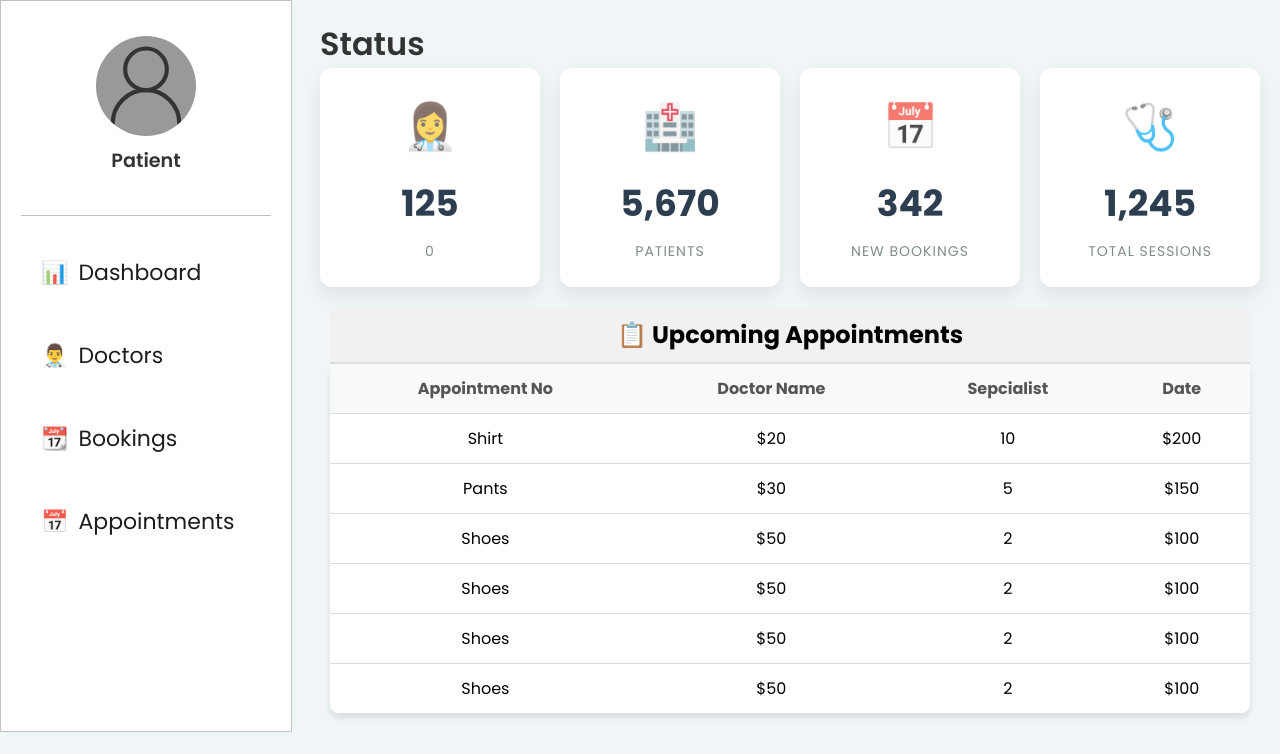
Repository: AriaFantom/Minor-Project
Page: http://localhost/Project/dashboard/patient/panel.jsp
An editor plug-in stored every save of this project. The page is shown before and after the next save, followed by the edit.
The browser window is 1280 px wide. The pictures show the whole page.
Some web fonts or font styles are not loaded; a fallback is used. The page is served by Tomcat 10. Other server files are loaded and not shown. Queries for data that is not in the repository find no rows.

Above is the page before, as saved 2024-12-12 06:53:30.

### Project/src/main/webapp/dashboard/patient/panel.jsp
<%@ page language="java" contentType="text/html; charset=UTF-8"
    pageEncoding="UTF-8"%>
    <%@page import="java.sql.*" %>
<!DOCTYPE html>
<html lang="en">
<head>
    <meta charset="UTF-8">
    <title>Title</title>
    <link rel="stylesheet" href="../../css/patient-panel.css">
</head>
<body>
<aside class="side-bar">
    <div class="user-info">
        <svg xmlns="http://www.w3.org/2000/svg" width="24" height="24" viewBox="0 0 24 24" fill="none"
             stroke="currentColor"
             stroke-width="1" stroke-linecap="round" stroke-linejoin="round" class="user-avatar">
            <circle cx="12" cy="8" r="5"/>
            <path d="M20 21a8 8 0 0 0-16 0"/>
        </svg>
        <p>Patient</p>
    </div>

    <ul class="siderbar-navlinks">
        <li>
            <a href="panel.jsp">
                <div class="icon">📊</div>
                Dashboard
            </a>
        </li>
        <li>
            <a href="doctor.jsp">
                <div class="icon">👨‍⚕️</div>
                Doctors
            </a>
        </li>
        <li>
            <a href="bookings.jsp">
                <div class="icon">📆</div>
                Bookings
            </a>
        </li>
        <li>
            <a href="appointments.jsp">
                <div class="icon">📅</div>
                Appointments
            </a>
        </li>
    </ul>

</aside>
<main>
    <h4 class="panel-heading">Status</h4>
        <%

    int Doctors = 0;
    int Patient = 0;
    int Bookings = 0;
    int Appointments = 0;

    Connection conn = null;
    PreparedStatement pstm = null;
    ResultSet rs = null;
    try {
   	 Class.forName("com.mysql.cj.jdbc.Driver");
   		String url="jdbc:mysql://localhost:3306/minorproject";
   		String uid="root";
   		String upass="1234";
   		conn=DriverManager.getConnection(url,uid,upass);

       pstm = conn.prepareStatement("select count(*) from patients");
       rs = pstm.executeQuery();
       while (rs.next()) {
    	   Patient = rs.getInt(1);
       }
       pstm = conn.prepareStatement("select count(*) from doctors");
       rs = pstm.executeQuery();
       while (rs.next()) {
    	   Doctors = rs.getInt(1);
       }
       pstm = conn.prepareStatement("select count(*) from schedule");
       rs = pstm.executeQuery();
       while (rs.next()) {
    	   Bookings = rs.getInt(1);
       }
       pstm = conn.prepareStatement("select count(*) from appointments");
       rs = pstm.executeQuery();
       while (rs.next()) {
    	   Appointments = rs.getInt(1);
       }

       System.out.println(Doctors);


    %>
    <div class="stats-container">
        <div class="stats-card doctors">
            <div class="stats-icon">👩‍⚕️</div>
            <div class="stats-number">125</div>
            <div class="stats-label"><%= Doctors %></div>
        </div>

        <div class="stats-card patients">
            <div class="stats-icon">🏥</div>
            <div class="stats-number">5,670</div>
            <div class="stats-label">Patients</div>
        </div>

        <div class="stats-card bookings">
            <div class="stats-icon">📅</div>
            <div class="stats-number">342</div>
            <div class="stats-label">New Bookings</div>
        </div>

        <div class="stats-card sessions">
            <div class="stats-icon">🩺</div>
            <div class="stats-number">1,245</div>
            <div class="stats-label">Total Sessions</div>
        </div>
    </div>
        <%

} catch (Exception e) {
	System.out.println(e);
}

%>

    <div class="container">
        <table class="appointment-table">
            <caption>📋 Upcoming Appointments</caption>
            <thead>
            <tr>
                <th>Appointment No</th>
                <th>Doctor Name</th>
                <th>Sepcialist</th>
                <th>Date</th>
            </tr>
            </thead>
            <tbody>
            <tr>
                <td>Shirt</td>
                <td>$20</td>
                <td>10</td>
                <td>$200</td>
            </tr>
            <tr>
                <td>Pants</td>
                <td>$30</td>
                <td>5</td>
                <td>$150</td>
            </tr>
            <tr>
                <td>Shoes</td>
                <td>$50</td>
                <td>2</td>
                <td>$100</td>
            </tr>
            <tr>
                <td>Shoes</td>
                <td>$50</td>
                <td>2</td>
                <td>$100</td>
            </tr>
            <tr>
                <td>Shoes</td>
                <td>$50</td>
                <td>2</td>
                <td>$100</td>
            </tr>
            <tr>
                <td>Shoes</td>
                <td>$50</td>
                <td>2</td>
                <td>$100</td>
            </tr>
            </tbody>
        </table>

    </div>
</main>
</body>
</html>

### Project/src/main/webapp/css/patient-panel.css
@import url('https://fonts.googleapis.com/css2?family=DM+Serif+Text:ital@0;1&family=PT+Sans:ital,wght@0,400;0,700;1,400;1,700&family=Poppins:ital,wght@0,100;0,200;0,300;0,400;0,500;0,600;0,700;0,800;0,900;1,100;1,200;1,300;1,400;1,500;1,600;1,700;1,800;1,900&family=Ubuntu:ital,wght@0,300;0,400;0,500;0,700;1,300;1,400;1,500;1,700&display=swap');

* {
    margin: 0;
    padding: 0;
}

body {
    background-color: #f0f6f8;
}


.side-bar {
    background: #fff;
    font-family: "Poppins", sans-serif;
    position: fixed;
    padding: 5px 20px;
    top: 0;
    left: 0;
    width: 250px;
    height: 100%;
    border: 1px solid rgba(51, 51, 51, 0.3);
    transition: 0.5s;
}

.user-info {
    display: flex;
    flex-direction: column;
    justify-content: center;
    align-items: center;
    padding: 30px 0px;
    border-bottom: 1px solid rgba(51, 51, 51, 0.3);
}

.user-avatar {
    width: 100px;
    height: 100px;
    border-radius: 50%;
    color: #333333;
    background: #999999;
}

.user-info p {
    margin: 10px 0;
    font-size: 1.2rem;
    font-weight: 600;
    color: #333333;
}

/* Nav Links */

.siderbar-navlinks {
    display: flex;
    flex-direction: column;
    gap: 10px;
    margin-top: 20px;
    list-style: none;
}

.side-bar li,
.side-bar a {
    text-decoration: none;
    font-size: 22px;
    display: flex;
    color: rgba(0, 0, 0, 0.89);
    gap: 10px;
    align-items: center;
    cursor: pointer;
    padding: 10px;
    transition: 0.5s;
}

.side-bar li:hover {
    background: #96c2c2;
    border-radius: 5px;
}

main {
    font-family: "Poppins", sans-serif;
    margin-left: 300px;
    padding: 20px;

}

.top-heading {
    display: flex;
    flex-direction: row;
    justify-content: space-between;
    margin-bottom: 20px;
}

.add-button {
    background-color: #3d8182;
    color: white;
    padding: 10px 20px;
    border-radius: 5px;
    font-size: 1.2rem;
    font-weight: 600;
    cursor: pointer;
    transition: 0.5s;
    border: none;
}

.panel-heading {
    font-size: 2rem;
    font-weight: 600;
    color: #333333;
}

.stats-container {
    display: grid;
    grid-template-columns: repeat(4, 1fr);
    gap: 20px;

    width: 100%;
}

.stats-card {
    background-color: white;
    border-radius: 12px;
    box-shadow: 0 8px 20px rgba(0, 0, 0, 0.08);
    padding: 25px;
    text-align: center;
    transition: all 0.3s ease;
    position: relative;
    overflow: hidden;
}

.stats-card:hover {
    transform: translateY(-10px);
    box-shadow: 0 12px 25px rgba(0, 0, 0, 0.12);
}

.stats-icon {
    font-size: 45px;
    margin-bottom: 15px;
    opacity: 0.7;
}

.stats-number {
    font-size: 36px;
    font-weight: bold;
    color: #2c3e50;
    margin-bottom: 10px;
}

.stats-label {
    font-size: 14px;
    color: #7f8c8d;
    text-transform: uppercase;
    letter-spacing: 1px;
}

/* All the tables in the main section */
.container {
    margin: 20px 10px;
    display: flex;
    gap: 40px;
    justify-content: space-between;
}

.appointment-table {
    width: 100%;
    border-collapse: collapse;
    background-color: #fff;
    border-radius: 10px;
    box-shadow: 0 4px 6px rgba(0, 0, 0, 0.1);
    overflow: hidden;
}

.appointment-table caption {
    font-size: 1.5em;
    font-weight: bold;
    padding: 10px;
    text-align: center;
    background-color: #f1f1f1;
    border-bottom: 2px solid #ddd;
}

.appointment-table th, .appointment-table td {

    padding: 12px 18px;
    text-align: center;
    border-bottom: 1px solid #ddd;
}

.appointment-table th {
    background-color: #f8f9fa;
    color: #555;
}

.appointment-table tr:hover {
    background-color: #f1f1f1;
}

.appointment-table td {
    font-size: 1em;
}

.bookings-container {
    display: flex;
    flex-direction: column;
    gap: 4px;
}

.bookings-card,
.doctor-card {
    cursor: pointer;
    display: flex;
    flex-direction: column;
    gap: 5px;
    background-color: white;
    border-radius: 12px;
    box-shadow: 0 8px 20px rgba(0, 0, 0, 0.08);
    padding: 25px;
    text-align: start;
    transition: all 0.3s ease;
    position: relative;
    overflow: hidden;
}

.bookings-card:hover,
.doctor-card:hover {
    box-shadow: 0 12px 25px rgba(0, 0, 0, 0.12);
}

.bookings-card h2 {
    font-size: 1.5rem;
    font-weight: 600;
    color: #59a5a6;
}

.highlight-text {
    font-size: 1.2rem;
    font-weight: 600;
    color: #333333;
}
.searchbar-header {
    display: flex;
    flex-direction: row;
    justify-content: space-between;
    align-items: center;
    margin-bottom: 20px;
    width: 100%;
}
.searchbar-header input {
    padding: 10px;
    border-radius: 5px;
    border: 1px solid #ccc;
    width: 300px;
    font-size: 1.2rem;
}
.searchbar-header button {
    padding: 10px 20px;
    border-radius: 5px;
    background-color: #3d8182;
    color: white;
    font-size: 1.2rem;
    font-weight: 600;
    cursor: pointer;
    border: none;
}

.doctors-container {
    display: flex;
    flex-wrap: wrap;
    gap: 20px;
}
.doctor-card {
	width: 300px;
	height: 300px;
    padding: 20px 40px;
    display: flex;
    flex-direction: column;
    align-items: center;
    text-align: center;
}


.slots-container {
        margin-top: 10px;
    }
.slots-label {
        font-weight: bold;
        color: #333;
    }
.slots-select {
        margin-top: 5px;
        width: 100%;
        padding: 5px;
        border-radius: 4px;
        border: 1px solid #ccc;
        font-size: 14px;
        background: #fff;
    }
.no-schedules {
        margin-top: 5px;
        color: #888;
        font-size: 14px;
}
.alert {
            padding: 15px;
            margin: 20px auto;
            border-radius: 4px;
            width: 95%;
            font-size: 16px;
            text-align: center;
}
.alert-success {
            color: #155724;
            background-color: #d4edda;
            border: 1px solid #c3e6cb;
}
.alert-danger {
            color: #721c24;
            background-color: #f8d7da;
            border: 1px solid #f5c6cb;
 }
.errordiv {
	display: flex;
	flex-direction: column;
	align-items:center;
	justify-content:center;
	background-color: #96c2c2;
	height: 100vh;
	width: 100%;
	font-family: "Poppins", sans-serif;
}

.errordiv h1 {
	text-transform: uppercase;
}

After the next save:
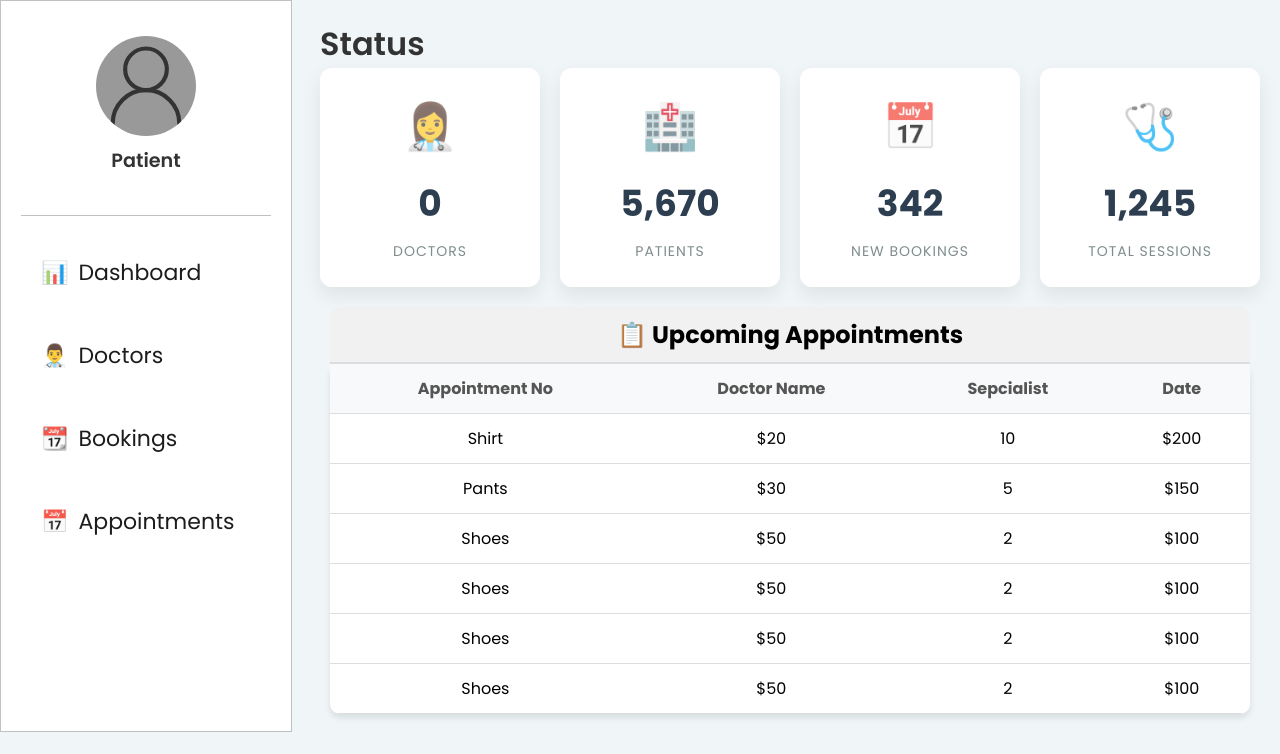
Saved 14 s later.
--- a/Project/src/main/webapp/dashboard/patient/panel.jsp
+++ b/Project/src/main/webapp/dashboard/patient/panel.jsp
@@ -95,8 +95,8 @@
     <div class="stats-container">
         <div class="stats-card doctors">
             <div class="stats-icon">👩‍⚕️</div>
-            <div class="stats-number">125</div>
-            <div class="stats-label"><%= Doctors %></div>
+            <div class="stats-number"><%= Doctors %></div>
+            <div class="stats-label">Doctors</div>
         </div>
 
         <div class="stats-card patients">
